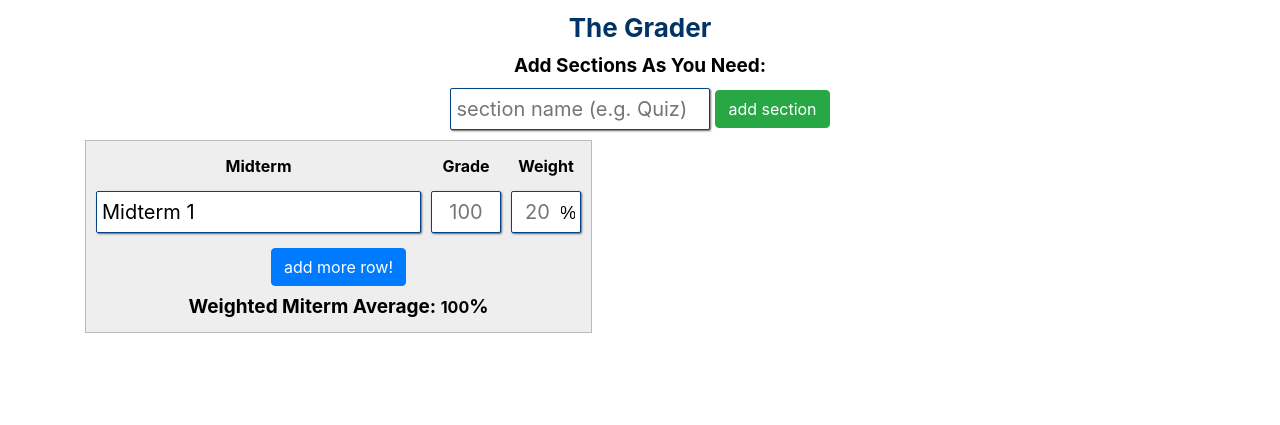
Repository: BarishNamazov/BarishNamazov.github.io
Page: thegrader/index.html
An editor plug-in stored every save of this project. The page is shown before and after the next save, followed by the edit.
The browser window is 1280 px wide. The pictures show the whole page.

Above is the page before, as saved 2020-10-31 17:42:15.

### thegrader/index.html
<!doctype html>
<html lang="en">
  <head>
    <meta charset="utf-8">
    <meta name="viewport" content="width=device-width, initial-scale=1, shrink-to-fit=no">

    <!-- Bootstrap CSS -->
    <link rel="stylesheet" href="https://cdn.jsdelivr.net/npm/bootstrap@4.5.3/dist/css/bootstrap.min.css" integrity="sha384-TX8t27EcRE3e/ihU7zmQxVncDAy5uIKz4rEkgIXeMed4M0jlfIDPvg6uqKI2xXr2" crossorigin="anonymous">

    <!-- Custon CSS -->
    <link rel="stylesheet" href="app.css">

    <title>The Grader</title>
  </head>
  <body>
    <div class="container">
      <div class="row">
        <div class="col-lg-12">
          <h1>The Grader</h1>

          <h3>Add Sections As You Need:</h3>

          <div class="divSectionAdder">
            <input type="text" class="sectionName" placeholder="section name (e.g. Quiz)"><button valign="center" class="btn btn-success sectionAdder" id="sectionAdder">add section</button>
          </div>

          <table class="gradePanel">
            <tbody>
              <tr>
                <td>
                  <table>
                    <tbody>
                      <tr class="rowHeader">
                        <td class="tableHeader tableName"><strong>Midterm</strong></td>
                        <td class="tableHeader"><strong>Grade</strong></td>
                        <td class="tableHeader"><strong>Weight</strong></td>
                      </tr>
                      <tr>
                        <td><input type="text" class="gradeName" value="Midterm 1" autocomplete="off"></td>
                        <td><input type="text" class="gradeValue" placeholder="100"></td>
                        <td><input type="text" class="gradeWeight percentIcon" placeholder="20"></td>
                      </tr>
                    </tbody>
                  </table>

                  <div class="moreRows"></div>

                  <button class="btn btn-primary rowAdder" id="section1RowAdder">add more row!</button>

                  <div class="gradeBar">
                    <h3>
                      Weighted Miterm Average: <span class="sectionAverage">100</span>%
                    </h3>
                  </div>
                </td>
              </tr>
            </tbody>
          </table>
          <div class="moreSections"></div>
        </div>
      </div>
    </div>



    <script src="https://code.jquery.com/jquery-3.5.1.slim.min.js" integrity="sha384-DfXdz2htPH0lsSSs5nCTpuj/zy4C+OGpamoFVy38MVBnE+IbbVYUew+OrCXaRkfj" crossorigin="anonymous"></script>
    <script src="https://cdn.jsdelivr.net/npm/bootstrap@4.5.3/dist/js/bootstrap.bundle.min.js" integrity="sha384-ho+j7jyWK8fNQe+A12Hb8AhRq26LrZ/JpcUGGOn+Y7RsweNrtN/tE3MoK7ZeZDyx" crossorigin="anonymous"></script>
    <script src="https://code.jquery.com/jquery-3.5.1.min.js" integrity="sha256-9/aliU8dGd2tb6OSsuzixeV4y/faTqgFtohetphbbj0=" crossorigin="anonymous"></script>
    <script src="scripts.js"></script>
  </body>
</html>

### thegrader/app.css
body,p,td,div,span,input,th,li,textarea{font-size:16px;color:#000;}

body{background:#fff;margin:0px;padding:0px;border:0;text-align: center;}

h1 {
  text-align: center;
  color: blue;
}
.divSectionAdder{
  margin: 10px auto;
  display: flex;
  align-items: center;
  justify-content: center;
}
.sectionName{
  margin-right: 5px;
  width: 260px;
}
.gradePanel{
	background:#eee;
	border: solid 1px #bbbbbb;
  padding: 10px;
  margin-bottom: 10px;
}
td{
  padding: 5px;
}

h1{color:#003366;font-size:26px;font-weight:bold;padding:0;margin:12px 0;}
#resulth1{background-color:#ffefe7;padding:0px 5px 0px 5px;border-top:#930 1px dotted;}
h2{font-size:22px;font-weight:bold;color:#003366;padding:0; margin-bottom: 2px;}
h3{font-size:19px;font-weight:bold;}
hr{border:0;color:#aaa;background-color:#aaa;height:1px;}
a{color:#069;text-decoration:underline;}
a:hover{text-decoration:none;}
input{padding: 5px;color:#000;}
select{padding: 4px;color:#000;}
option{font-size:16px;}
input[type=text],
input[type=number],
select {
	border: 1px solid #044284;
	border-radius: 2px;
	box-shadow: 1px 1px 2px #666;
	font-size:20px;
}

.tableHeader{
  text-align: center;
}
.rowHeader{
  height: 40px;
}
.gradeWeight, .gradeValue{
  text-align:center;
  width: 70px;
}
.percentIcon{
	background: white url('media/percent.svg') right 5px center no-repeat;
  padding-right: 22px;
}
.rowAdder{
  margin: 10px auto;
}

### thegrader/scripts.js
var newRow = "<table><tbody><tr><td><input type=\"text\" class=\"gradeName\" value=\"Midterm X\" autocomplete=\"off\"></td><td><input type=\"text\" class=\"gradeValue\"></td><td><input type=\"text\" class=\"gradeWeight percentIcon\"></td></tr></tbody></table>\n ";

var newSection = "<table class=\"gradePanel\"> <tbody> <tr> <td> <table> <tbody> <tr class=\"rowHeader\"> <td class=\"tableHeader tableName\"><strong>Midterm</strong></td> <td class=\"tableHeader\"><strong>Grade</strong></td> <td class=\"tableHeader\"><strong>Weight</strong></td> </tr> <tr> <td><input type=\"text\" class=\"gradeName\" value=\"Midterm 1\" autocomplete=\"off\"></td> <td><input type=\"text\" class=\"gradeValue\" placeholder=\"100\"></td> <td><input type=\"text\" class=\"gradeWeight percentIcon\" placeholder=\"20\"></td> </tr> </tbody> </table> <div class=\"moreRows\"></div> <button class=\"btn btn-primary rowAdder\">add more row!</button> </td> </tr> </tbody> </table>";

if (!String.prototype.splice) {
  String.prototype.splice = function(start, delCount, newSubStr) {
      return this.slice(0, start) + newSubStr + this.slice(start + Math.abs(delCount));
  };
}

var sectionCount = 1;

function rowAdder(){
  var idx = $(this).parents(".gradePanel").find("table").length + 1;
  var namePanel = $(this).parents(".gradePanel").find(".tableName").text();
  var editedRow = newRow.replace("Midterm X", namePanel + " " + idx);
  $(this).parents(".gradePanel").find(".moreRows").before(editedRow);
}
$(".rowAdder").on("click", rowAdder);

function sectionAdder(dir){
  var x = (typeof dir == "string") ? $(dir) : $(this);
  var sectionInputName = $(".sectionName").val();
  if (!sectionInputName) return;
  var editedSection = newSection.replaceAll("Midterm", sectionInputName);

  $(".moreSections").before(editedSection);

  $(".rowAdder").eq(sectionCount++).on("click", rowAdder);

  $(".sectionName").val(null);
}


$(".sectionAdder").on("click", sectionAdder);
$(".sectionName").on("keypress", function(e) {
  if (e.which == 13) {
    sectionAdder(".sectionName");
  }
})

function updateSectionGrade() {

}

$(".gradeValue").change(updateSectionGrade);

After the next save:
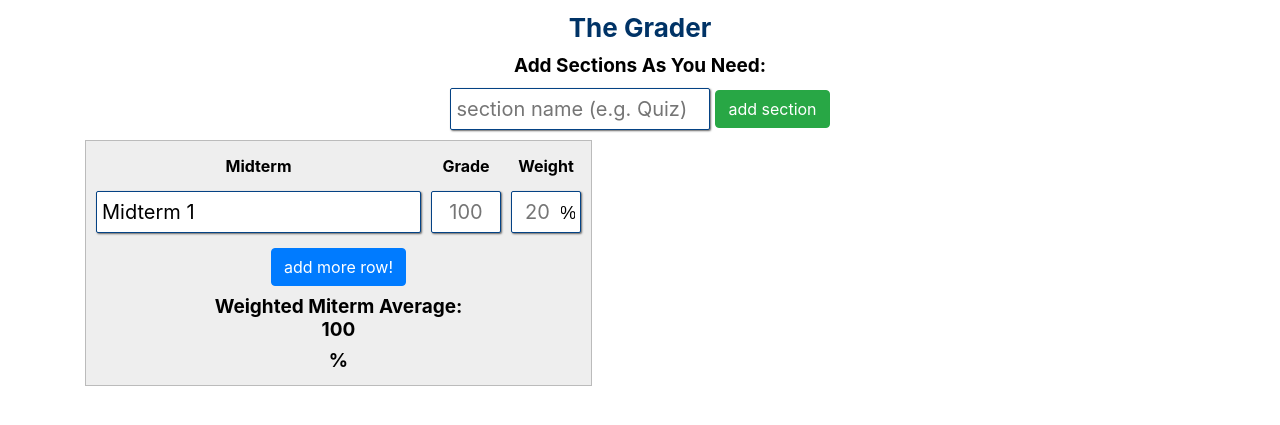
Saved 23 s later.
--- a/thegrader/index.html
+++ b/thegrader/index.html
@@ -49,7 +49,7 @@
 
                   <div class="gradeBar">
                     <h3>
-                      Weighted Miterm Average: <span class="sectionAverage">100</span>%
+                      Weighted Miterm Average: <span class="sectionAverage"><h3>100</h3></span>%
                     </h3>
                   </div>
                 </td>

After the save that followed:
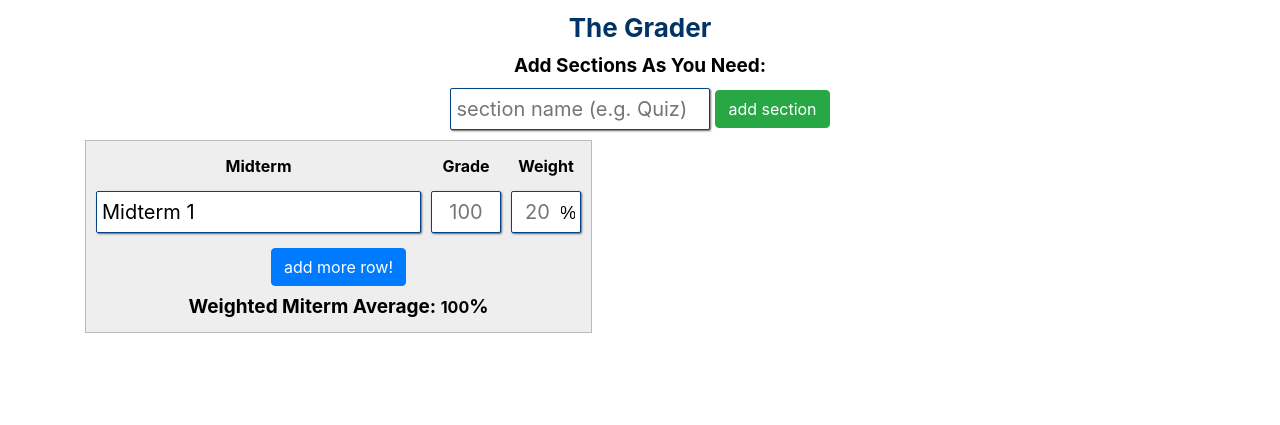
Saved 7 s later.
--- a/thegrader/index.html
+++ b/thegrader/index.html
@@ -49,7 +49,7 @@
 
                   <div class="gradeBar">
                     <h3>
-                      Weighted Miterm Average: <span class="sectionAverage"><h3>100</h3></span>%
+                      Weighted Miterm Average: <span class="sectionAverage">100</span>%
                     </h3>
                   </div>
                 </td>
